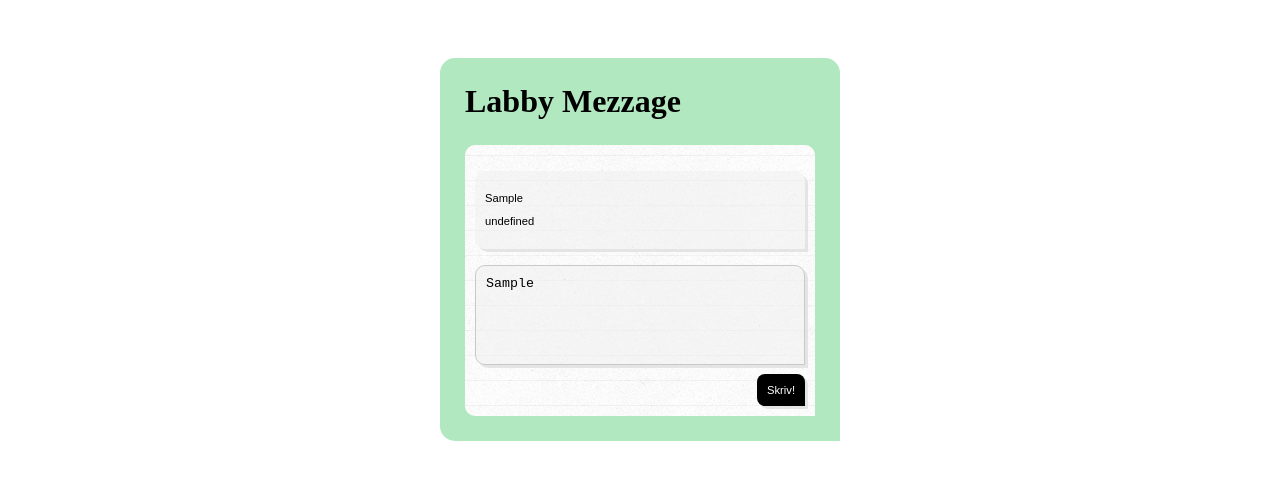
Repository: lw222gu/1dv403-laborationer
Page: 2-labbymezzage/index.html
The author's editor kept a record of every edit. The page is drawn from the files as they stood at one moment, then again after the next edit.
The browser window is 1280 px wide. The pictures show the whole page.
Empty fields were first filled with sample values (such as "Sample", 5 or name@example.com).
After loading, the first visible `#button` was clicked once.
Some web fonts or font styles are not loaded; a fallback is used.

Above is the page before.

After the next edit:
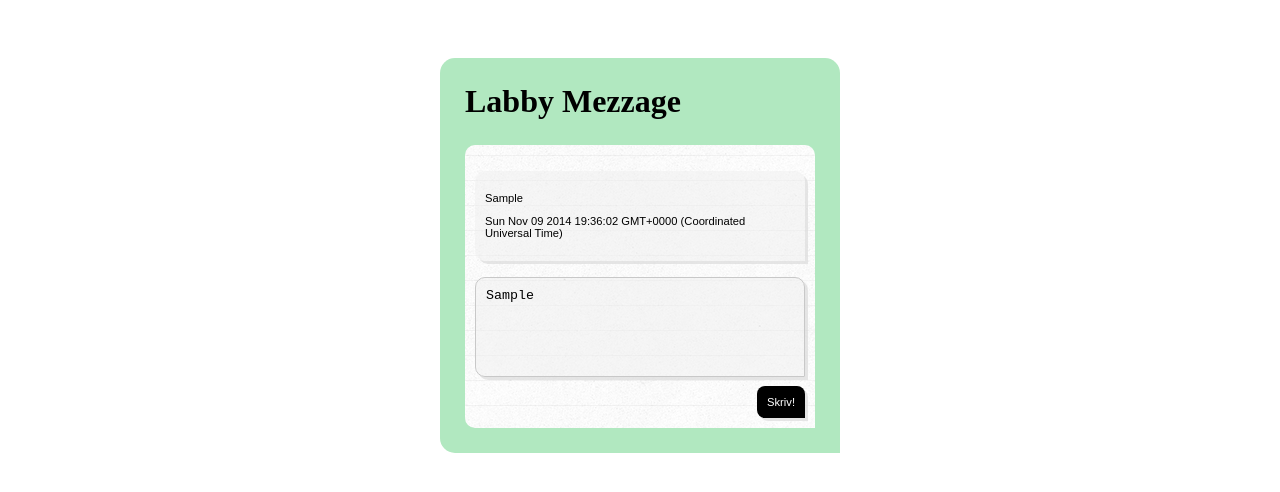
The edit:
--- a/2-labbymezzage/mainscript.js
+++ b/2-labbymezzage/mainscript.js
@@ -23,7 +23,7 @@
 
 //          var date = Message.prototype.getDateText();
 
-            var mess = new Message(message, date);
+            var mess = new Message(message, new Date());
             mezzageApp.messages.push(mess);
             console.log(mezzageApp.messages);
 
